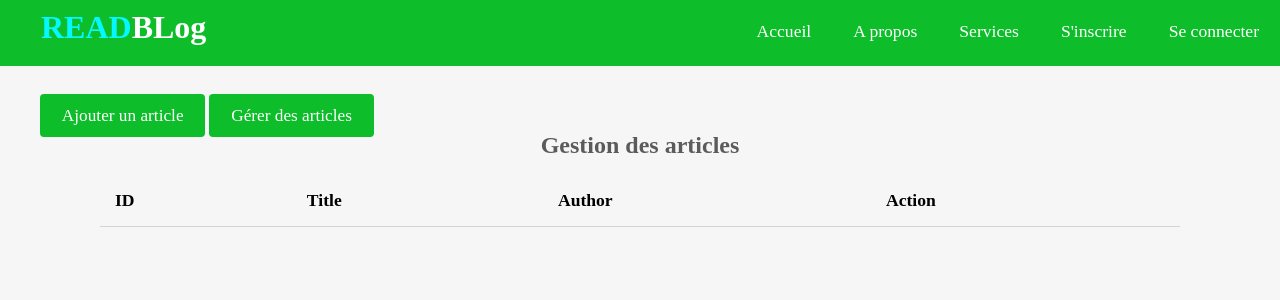
Repository: ahamie71/miniblog
Page: http://localhost/admin/index.php
These files come from the project's save history. The page is drawn as it stood at one moment and after a run of saves; the edit follows.
The browser window is 1280 px wide. The pictures show the whole page.
The page is run by PHP 8.4 with error messages shown; the project is at /var/www/html/. Queries for data that is not in the repository find no rows.

Above is the page before, as saved 2023-03-01 09:29:51.

After the next 2 saves:
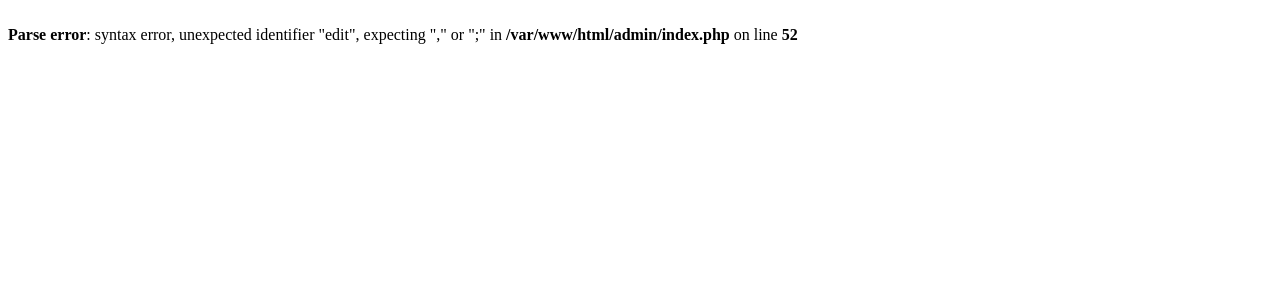
The 2 saves are shown as one change because they came seconds apart.
The last was saved 7 s later.
--- a/admin/index.php
+++ b/admin/index.php
@@ -49,7 +49,7 @@
                                     <td><?= $key +1; ?></td>
                                     <td><?= $post['title']?></td>
                                     <td><?= $post['author']?></td>
-                                    <td><a href="edit.php?id" class="edit">edit</a></td>
+                                    <td><a href="edit.php?id<?=" class="edit">edit</a></td>
                                     <td><a href="" class="delete">delete</a></td>
                                 </tr>
                                 <?php endforeach;?>

After the save that followed:
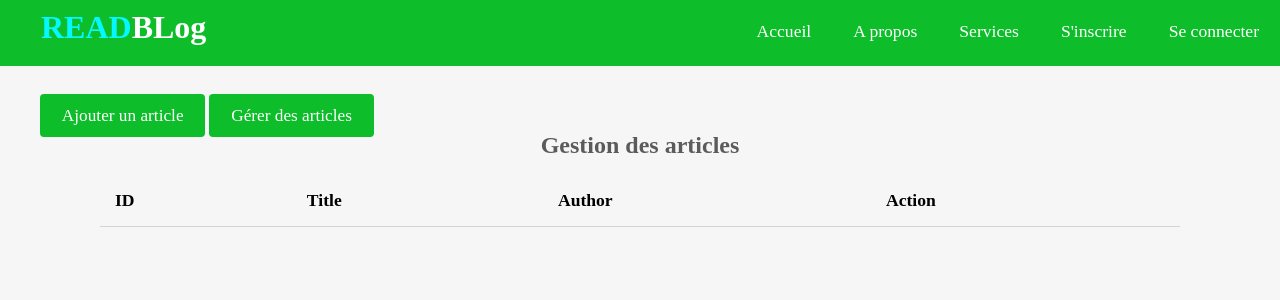
Saved 7 s later.
--- a/admin/index.php
+++ b/admin/index.php
@@ -49,7 +49,7 @@
                                     <td><?= $key +1; ?></td>
                                     <td><?= $post['title']?></td>
                                     <td><?= $post['author']?></td>
-                                    <td><a href="edit.php?id<?=" class="edit">edit</a></td>
+                                    <td><a href="edit.php?id<ph" class="edit">edit</a></td>
                                     <td><a href="" class="delete">delete</a></td>
                                 </tr>
                                 <?php endforeach;?>
